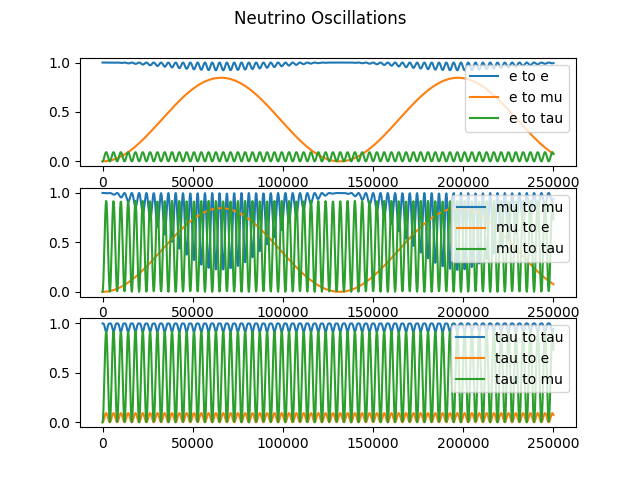
Repository: MichaelCullen2011/QuantumAndNeutrinos
Script's output: python neutrinos.py
An editor plug-in stored every save of this project. The script's output is shown before and after the next save, followed by the edit.
Random numbers start from a fixed seed.

Above is the script's output before, as saved 2021-06-02 16:40:47.

### neutrinos.py
import numpy as np
import matplotlib.pyplot as plt


'''
To Do           - tau interactions
                - clean up constant variables into dicts or lists
'''


'''
Variables and Constants
'''
# # Constants
# Mass difference squared between two flavour states
delta_m_sq = {'eu': 7.53e-5, 'tu': 2.44e-3, 'te': 2.44e-3, 'ue': 7.53e-5, 'ut': 2.44e-3, 'et': 2.44e-3}     # eV**2
delta_m_e_mu_sq = 7.53e-5      # eV**2
delta_m_tau_mu_sq = 2.44e-3    # eV**2  # can be +ve or -ve
delta_m_tau_e_sq = 2.44e-3     # eV**2  # can be +ve or -ve
delta_m_mu_e_sq = delta_m_e_mu_sq      # eV**2
delta_m_mu_tau_sq = delta_m_tau_mu_sq    # can be +ve or -ve
delta_m_e_tau_sq = delta_m_tau_e_sq     # eV**2

# Angle between flavour states
sin_q_theta = {'eu': 0.846, 'tu': 0.92, 'te': 0.093, 'ue': 0.846, 'ut': 0.92, 'et': 0.093}
sin_sq_theta_e_tau = 0.093
sin_sq_theta_e_mu = 0.846
sin_sq_theta_mu_tau = 0.92      # actually > 0.92 but it varies on atmospheric values
sin_sq_theta_mu_e = sin_sq_theta_e_mu
sin_sq_theta_tau_e = sin_sq_theta_e_tau
sin_sq_theta_tau_mu = sin_sq_theta_mu_tau

G_f = 1.1663787e-5         # GeV-2
sin_sq_theta_w = 0.22290        # Weinberg angle
m_e = 0.511 * 1e-3     # GeV c-2
m_u = 105 * 1e-3       # GeV c-2
sigma_naught = 1.72e-45         # m**2 / GeV

# # Variables
m_out = 10       # reactant mass out (electrons, muons etc)
m_in = 1000        # reactant mass in (electrons, muons etc)
E_v = 100     # Neutrino energy
L = 10       # distance oscillating (for oscillation)
E = E_v     # Neutrino beam energy
d = 10       # distance travelled (for decoherence)



'''
Oscillation Probabilities   -   p_oscill = (np.sin(2 * theta))**2 * (np.sin((delta_m_sq * L) / (4 * E)))**2
'''
class Oscillations:
    def __init__(self, distance):
        self.prob_list = {
            'eu': [], 'et': [],
            'ue': [], 'ut': [],
            'te': [], 'tu': [],
            'ee': [], 'uu': [],     # do these last as theyre calculated based on the previously calculated
            'tt': [],
        }

        self.prob_reduced = {
            'e': [],
            'u': [],
            't': []
        }

        self.prob_neut = []

        self.max_points = 1000      # Number of points
        E = 4      # GeV
        self.L = distance    # Km
        self.x_range = np.linspace(0, self.L / E, self.max_points)
        theta_range = np.linspace(0, 2 * np.pi, self.max_points)

    def calculate(self):
        for x in self.x_range:
            # print(f"Calculated Probability of {self.max_points}")
            for change in self.prob_list.keys():
                if change not in ['ee', 'uu', 'tt']:
                    self.prob_list[change].append(Oscillations.prob(self, flavours=change, x=x))
            self.prob_list['ee'].append(1 - (self.prob_list['eu'][-1] * self.prob_list['et'][-1]))
            self.prob_list['uu'].append(1 - (self.prob_list['ue'][-1] * self.prob_list['ut'][-1]))
            self.prob_list['tt'].append(1 - (self.prob_list['te'][-1] * self.prob_list['tu'][-1]))

        self.prob_reduced['e'] = [self.prob_list['ee'], self.prob_list['eu'], self.prob_list['et']]
        self.prob_reduced['u'] = [self.prob_list['uu'], self.prob_list['ue'], self.prob_list['ut']]
        self.prob_reduced['t'] = [self.prob_list['tt'], self.prob_list['te'], self.prob_list['tu']]
        Oscillations.plot(self)


    def plot(self):
        fig, axs = plt.subplots(3)
        fig.suptitle('Neutrino Oscillations')
        n = 0
        for initial in self.prob_reduced.values():
            if n == 0:
                for p in initial:
                    axs[n].plot(self.x_range, p)
                    axs[n].legend(['e to e', 'e to mu', 'e to tau'], loc=1)
            if n == 1:
                for p in initial:
                    axs[n].plot(self.x_range, p)
                    axs[n].legend(['mu to mu', 'mu to e', 'mu to tau'], loc=1)
            if n == 2:
                for p in initial:
                    axs[n].plot(self.x_range, p)
                    axs[n].legend(['tau to tau', 'tau to e', 'tau to mu'], loc=1)
            n += 1


            # if n == 1:
            #     for p in probs:
            #         axs[n].plot(self.x_range, p)
            #         axs[n].legend(['mu to mu', 'mu to e', 'mu to tau'], loc=1)
            # if n == 2:
            #     for p in probs:
            #         axs[n].plot(self.x_range, p)
            #         axs[n].legend(['tau to tau', 'tau to e', 'tau to mu'], loc=1)

        # for initial_flavours, probs in self.prob_reduced.items():
        #     axs[n].plot(self.x_range, probs[0], '-')
        #     axs[n].plot(self.x_range, probs[1], '-')
        #     axs[n].plot(self.x_range, probs[2], '-')
        # plt.legend(self.prob_reduced.keys())
        # plt.legend(self.prob_neut.keys())
        plt.show()


    def prob(self, flavours, x):
        if flavours == 'eu':
            prob = sin_sq_theta_e_mu * np.square(np.sin(1.27 * delta_m_e_mu_sq * x / 4))
        elif flavours == 'et':
            prob = sin_sq_theta_e_tau * np.square(np.sin(1.27 * delta_m_e_tau_sq * x / 4))
        elif flavours == 'ue':
            prob = sin_sq_theta_e_mu * np.square(np.sin(1.27 * delta_m_mu_e_sq * x / 4))
        elif flavours == 'ut':
            prob = sin_sq_theta_mu_tau * np.square(np.sin(1.27 * delta_m_mu_tau_sq * x / 4))
        elif flavours == 'te':
            prob = sin_sq_theta_tau_e * np.square(np.sin(1.27 * delta_m_tau_e_sq * x / 4))
        elif flavours == 'tu':
            prob = sin_sq_theta_tau_mu * np.square(np.sin(1.27 * delta_m_tau_mu_sq * x / 4))
        return prob



'''
Cross Sections
'''
class CrossSections:
    def __init__(self, energy, lepton):
        E_v = energy
        sigma_naught = 1.72e-45

        s_e = sigma_naught * np.pi / G_f**2
        s_u = s_e * (m_u / m_e)

        sigma_naught_e = (2 * m_e * G_f**2 * E_v) / np.pi
        sigma_naught_u = (2 * m_u * G_f**2 * E_v) / np.pi

        if lepton == 'e':
            sigma_naught = sigma_naught_e
            self.cs_without_ms = {'e_e': [], 'E_E': [], 'E_U': [], 'u_e': [], 'u_u': [], 'U_U': []}
            self.cs_with_ms = {'e_e': [], 'E_E': [], 'E_U': [], 'u_e': [], 'u_u': [], 'U_U': []}

        elif lepton == 'u':
            sigma_naught = sigma_naught_u
            self.cs_without_ms = {'e_e': [], 'E_E': [], 'U_E': [], 'e_u': [], 'u_u': [], 'U_U': []}
            self.cs_with_ms = {'e_e': [], 'E_E': [], 'U_E': [], 'e_u': [], 'u_u': [], 'U_U': []}

        for flavour in self.cs_without_ms.keys():
            cs = CrossSections.neutrino_and_electron(self, flavour=flavour) * energy * sigma_naught
            self.cs_without_ms[flavour].append(cs)
            self.cs_with_ms[flavour].append(
                cs * energy * sigma_naught *
                CrossSections.mass_suppression(
                    self, flavour, energy=energy, reaction_lepton=lepton
                )
            )

    def neutrino_and_electron(self, flavour):
        if flavour == 'e_e':
            cs = 0.25 + sin_sq_theta_w + (4 / 3) * np.square(sin_sq_theta_w)
        elif flavour == 'E_E':
            cs = (1 / 12) + 1 / 3 * (sin_sq_theta_w + 4 / 3 * np.square(sin_sq_theta_w))
        elif flavour == 'E_U' or flavour == 'U_E':
            cs = 1 / 3
        elif flavour == 'u_e' or flavour == 'e_u':
            cs = 1
        elif flavour == 'u_u':
            cs = 1 / 4 - sin_sq_theta_w + 4 / 3 * np.square(sin_sq_theta_w)
        elif flavour == 'U_U':
            cs = 1 / 12 - 1 / 3 * sin_sq_theta_w + 4 / 3 * np.square(sin_sq_theta_w)
        return cs

    def mass_suppression(self, flavour, energy, reaction_lepton='e'):
        m_E = m_e
        m_U = m_u
        if reaction_lepton == 'e':
            m_in = m_e
        elif reaction_lepton == 'u':
            m_in = m_u

        if flavour == 'e_e':
            zeta = 1 - ((m_e ** 2) / (m_in ** 2 + 2 * m_in * energy))
        elif flavour == 'E_E':
            zeta = 1 - ((m_e ** 2) / (m_in ** 2 + 2 * m_in * energy))
        elif flavour == 'E_U':
            zeta = 1 - ((m_u ** 2) / (m_in ** 2 + 2 * m_in * energy))
        elif flavour == 'u_e':
            zeta = 1 - ((m_u ** 2) / (m_in ** 2 + 2 * m_in * energy))
        elif flavour == 'u_u':
            zeta = 1 - ((m_e ** 2) / (m_in ** 2 + 2 * m_in * energy))
        elif flavour == 'U_U':
            zeta = 1 - ((m_e ** 2) / (m_in ** 2 + 2 * m_in * energy))
        # neutrino-muon specific reactions
        elif flavour == 'U_E':
            zeta = 1 - ((m_e ** 2) / (m_in ** 2 + 2 * m_in * energy))
        elif flavour == 'e_u':
            zeta = 1 - ((m_e ** 2) / (m_in ** 2 + 2 * m_in * energy))
        return zeta



'''
Wave Functions (for plotting)
'''
class WaveFunctions:
    def __init__(self, accuracy):
        phi = np.linspace(0, np.pi, accuracy)
        theta = np.linspace(0, 2 * np.pi, 20)
        prob_at_detector = {'e_e': [], 'e_mu': [], 'e_tau': [],
                            'mu_mu': [], 'mu_e': [], 'mu_tau': [],
                            'tau_tau': [], 'tau_e': [], 'tau_mu': []}
        flavour_list = ['e_e', 'e_mu', 'e_tau', 'mu_mu', 'mu_e', 'mu_tau', 'tau_tau', 'tau_e', 'tau_mu']
        detector_1 = {'e_e': [], 'e_mu': [], 'e_tau': [],
                      'mu_mu': [], 'mu_e': [], 'mu_tau': [],
                      'tau_tau': [], 'tau_e': [], 'tau_mu': []}
        detector_2 = {'e_e': [], 'e_mu': [], 'e_tau': [],
                      'mu_mu': [], 'mu_e': [], 'mu_tau': [],
                      'tau_tau': [], 'tau_e': [], 'tau_mu': []}

        for flavour_change in flavour_list:
            for phi_value in phi:
                prob_at_detector[flavour_change].append(WaveFunctions.prob(self, flavour=flavour_change, phi=phi_value))

            for tuple in prob_at_detector[flavour_change]:
                detector_1[flavour_change].append(tuple[0])
                detector_2[flavour_change].append(tuple[0])

        fig1 = plt.figure()
        fig2 = plt.figure()
        ax1 = fig1.add_subplot(111)
        ax2 = fig2.add_subplot(111)
        ax1.title.set_text('Detector 1 Probabilities')
        ax2.title.set_text('Detector 2 Probabilities')

        ax1.set_xticks(ticks=np.linspace(start=0, stop=2 * np.pi, num=int(accuracy)))
        ax1.set_yticks(ticks=np.linspace(0, 1, num=5))
        ax2.set_xticks(ticks=np.linspace(start=0, stop=2 * np.pi, num=int(accuracy)))
        ax2.set_yticks(ticks=np.linspace(0, 1, num=5))


        for prob_list in detector_1.values():
            #print(prob_list)
            ax1.plot(phi, prob_list, '--', linewidth=1)

        for prob_list in detector_2.values():
            #print(prob_list)
            ax2.plot(phi, prob_list, '--', linewidth=1)

        ax1.legend(flavour_list, loc=1)
        ax2.legend(flavour_list, loc=1)

    def prob(self, flavour, phi):
        order_tau_d_same = 1
        order_tau_d_change = 1 / 3
        if flavour == 'e_e':
            prob_f1 = 1
            prob_f2 = 0
        elif flavour == 'e_mu':
            prob_f1 = 1 - (np.sqrt(sin_sq_theta_e_tau) / 2) * (1 - order_tau_d_change * np.cos(phi))
            prob_f2 = (np.sqrt(sin_sq_theta_e_tau) / 2) * (1 - order_tau_d_change * np.cos(phi))
        elif flavour == 'e_tau':
            prob_f1 = 1 - (np.sqrt(sin_sq_theta_e_tau) / 2) * (1 - order_tau_d_change * np.cos(phi))
            prob_f2 = (np.sqrt(sin_sq_theta_e_tau) / 2) * (1 - order_tau_d_change * np.cos(phi))
        if flavour == 'mu_mu':
            prob_f1 = 1
            prob_f2 = 0
        elif flavour == 'mu_e':
            prob_f1 = 1 - (np.sqrt(sin_sq_theta_e_mu) / 2) * (1 - order_tau_d_change * np.cos(phi))
            prob_f2 = (np.sqrt(sin_sq_theta_e_mu) / 2) * (1 - order_tau_d_change * np.cos(phi))
        elif flavour == 'mu_tau':
            prob_f1 = 1 - (np.sqrt(sin_sq_theta_mu_tau) / 2) * (1 - order_tau_d_change * np.cos(phi))
            prob_f2 = (np.sqrt(sin_sq_theta_mu_tau) / 2) * (1 - order_tau_d_change * np.cos(phi))
        if flavour == 'tau_tau':
            prob_f1 = 1
            prob_f2 = 0
        elif flavour == 'tau_e':
            prob_f1 = 1 - (np.sqrt(sin_sq_theta_tau_e) / 2) * (1 - order_tau_d_change * np.cos(phi))
            prob_f2 = (np.sqrt(sin_sq_theta_tau_e) / 2) * (1 - order_tau_d_change * np.cos(phi))
        elif flavour == 'tau_mu':
            prob_f1 = 1 - (np.sqrt(sin_sq_theta_tau_mu) / 2) * (1 - order_tau_d_change * np.cos(phi))
            prob_f2 = (np.sqrt(sin_sq_theta_tau_mu) / 2) * (1 - order_tau_d_change * np.cos(phi))
        return prob_f1, prob_f2



'''
Gates
'''
class Gates:
    def __init__(self, energy_list):
        self.energy_list = energy_list
        self.gate_energy_reactions = None
        self.leptons = {'e': [], 'u': []}       # currently only considering e and mu (no tau)
        self.all_values = {}

    def calculate(self):
        for energy in self.energy_list:
            for lepton in self.leptons.keys():
                # print(f'\n Cross Sections for Reactions with {lepton} at {energy} GeV:')
                self.leptons[lepton] = CrossSections(energy=energy, lepton=lepton)    # Energy in GeV

            gate_reactions = Gates.gate_cs(Gates.combine_cs(self))
            if self.gate_energy_reactions is None:      # checking if first time running this script
                self.gate_energy_reactions = gate_reactions
            else:
                for flavour, value in gate_reactions.items():
                    self.gate_energy_reactions[flavour].append(value[0])
            self.all_values[energy] = [values for values in gate_reactions.values()]
            print(f"Average Prob for {energy} GeV: ", np.average(self.all_values[energy]))
            if energy == self.energy_list[-1]:
                print(f"Neutrino-Lepton Gate Probabilities for {energy}GeV: \n {gate_reactions}")

        # plot
        Gates.plot_energies(self)
        plt.show()


    def combine_cs(self):
        all_cs = {'e_e': [], 'e_u': [], 'u_u': [], 'u_e': [], 'E_E': [], 'E_U': [], 'U_U': [], 'U_E': []}
        e_class = self.leptons['e']
        u_class = self.leptons['u']
        for all_reaction in all_cs.keys():
            for e_reaction, e_value in e_class.cs_without_ms.items():
                if e_reaction == all_reaction:
                    all_cs[all_reaction].append(e_value[0])
            for u_reaction, u_value in u_class.cs_without_ms.items():
                if u_reaction == all_reaction:
                    all_cs[all_reaction].append(u_value[0])

        for all_reaction, all_values in all_cs.items():
            if len(all_values) > 1:
                all_cs[all_reaction] = [(all_values[0] + all_values[1]) / 2]
        return all_cs


    @staticmethod
    def gate_cs(all_cs):
        # creates our final dict with the probabilities for all gate interactions
        single_reactions = ['e_e', 'e_u', 'u_u', 'u_e']
        single_reactions_anti = ['E_E', 'E_U', 'U_U', 'U_E']
        whole_reaction = []
        for first_reaction in single_reactions:
            for second_reaction in single_reactions:
                whole_reaction.append(first_reaction[0] + second_reaction[0] + '_' + first_reaction[2] + second_reaction[2])
        for first_reaction in single_reactions_anti:
            for second_reaction in single_reactions_anti:
                whole_reaction.append(first_reaction[0] + second_reaction[0] + '_' + first_reaction[2] + second_reaction[2])
        gate_reactions = {whole_keys: [] for whole_keys in whole_reaction}


        # reaction 1 is reaction_combined[0] + '_' + reaction_combined[3]
        # reaction 2 in reaction_combined[1] + '_' + reaction_combined[4]
        for reaction_combined in gate_reactions.keys():
            first_reaction = reaction_combined[0] + '_' + reaction_combined[3]
            second_reaction = reaction_combined[1] + '_' + reaction_combined[4]
            gate_reactions[reaction_combined] = [all_cs[first_reaction][0] * all_cs[second_reaction][0]]

        # for key, value in gate_reactions.items():
        #     print(f"{key}: {value}")
        return gate_reactions


    def plot_energies(self):
        for flavour, values in self.gate_energy_reactions.items():
            self.gate_energy_reactions[flavour] = [values, list(self.energy_list)]

        for flavour, values in self.gate_energy_reactions.items():
            plt.plot(values[1], values[0], '-')
        plt.title(f"Neutrino-Lepton Gate Cross-Sections for Energies: {int(min(self.energy_list))}GeV - {int(max(self.energy_list))}GeV")
        plt.legend(self.gate_energy_reactions.keys())



'''
Running
'''
Oscillations(distance=1e6).calculate()    # Prints oscillation probabilities for flavours given the distance it travels

# WaveFunctions(accuracy=20)      # Currently Broken. Doesnt plot correctly # Accuracy is the number of points within the range

# Gates(energy_list=np.linspace(1, 100, 10)).calculate()         # calculates and plots gate probabilities at various energies for different interactions

plt.show()

After the next save:
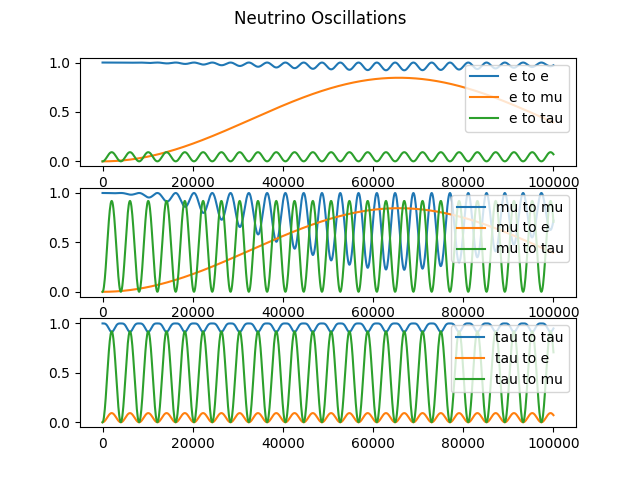
Saved 52 s later.
--- a/neutrinos.py
+++ b/neutrinos.py
@@ -50,7 +50,7 @@ d = 10       # distance travelled (for decoherence)
 Oscillation Probabilities   -   p_oscill = (np.sin(2 * theta))**2 * (np.sin((delta_m_sq * L) / (4 * E)))**2
 '''
 class Oscillations:
-    def __init__(self, distance):
+    def __init__(self, distance, energy=10):
         self.prob_list = {
             'eu': [], 'et': [],
             'ue': [], 'ut': [],
@@ -68,9 +68,9 @@ class Oscillations:
         self.prob_neut = []
 
         self.max_points = 1000      # Number of points
-        E = 4      # GeV
+        self.E = energy
         self.L = distance    # Km
-        self.x_range = np.linspace(0, self.L / E, self.max_points)
+        self.x_range = np.linspace(0, self.L / self.E, self.max_points)
         theta_range = np.linspace(0, 2 * np.pi, self.max_points)
 
     def calculate(self):
@@ -107,23 +107,6 @@ class Oscillations:
                     axs[n].plot(self.x_range, p)
                     axs[n].legend(['tau to tau', 'tau to e', 'tau to mu'], loc=1)
             n += 1
-
-
-            # if n == 1:
-            #     for p in probs:
-            #         axs[n].plot(self.x_range, p)
-            #         axs[n].legend(['mu to mu', 'mu to e', 'mu to tau'], loc=1)
-            # if n == 2:
-            #     for p in probs:
-            #         axs[n].plot(self.x_range, p)
-            #         axs[n].legend(['tau to tau', 'tau to e', 'tau to mu'], loc=1)
-
-        # for initial_flavours, probs in self.prob_reduced.items():
-        #     axs[n].plot(self.x_range, probs[0], '-')
-        #     axs[n].plot(self.x_range, probs[1], '-')
-        #     axs[n].plot(self.x_range, probs[2], '-')
-        # plt.legend(self.prob_reduced.keys())
-        # plt.legend(self.prob_neut.keys())
         plt.show()
 
 
